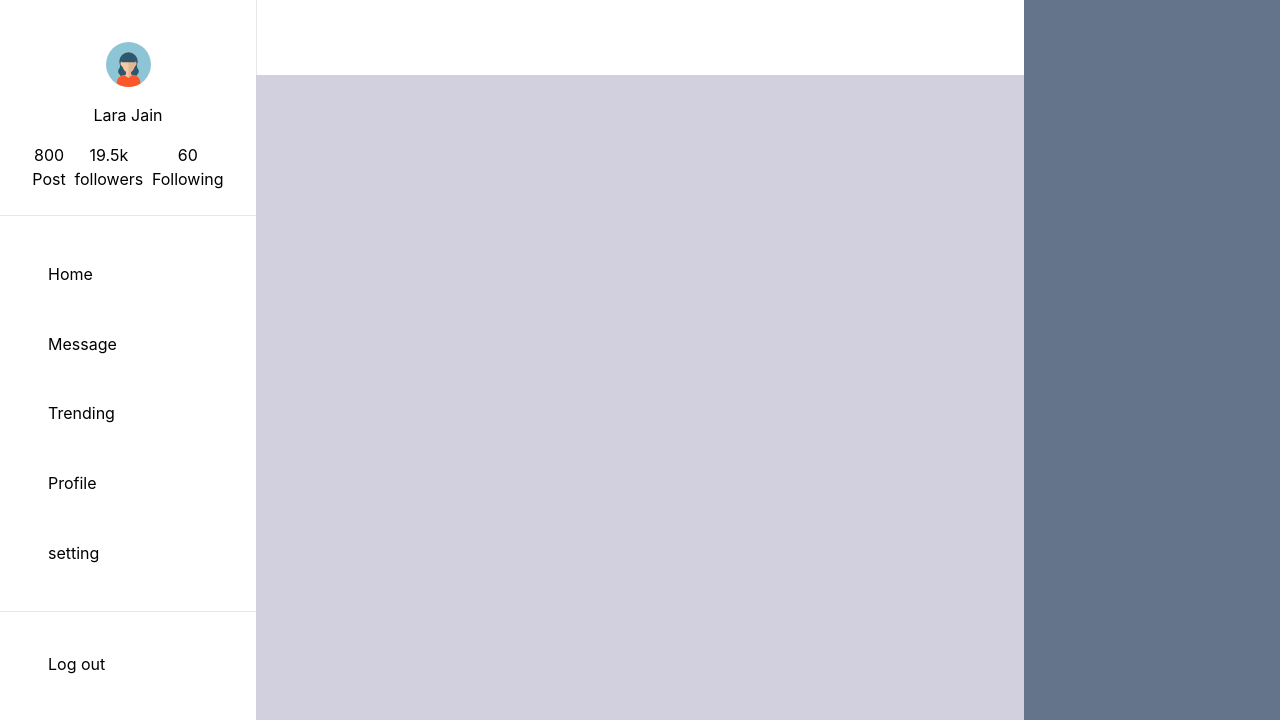
Repository: cosmicswati/upgrad-captions-project
Page: /
An editor plug-in stored every save of this project. The page is shown before and after a run of saves, followed by the edit.
The browser window is 1280 px wide. The pictures show the whole page.
The project was rebuilt for these pictures with package versions that can differ from the ones it lists, and the page was loaded fresh each time. Also part of the build but not shown: src/modules/Authorization/Form.jsx, src/modules/Authorization/index.js.

Above is the page before, as saved 2024-04-09 14:37:40.

After the next 2 saves:
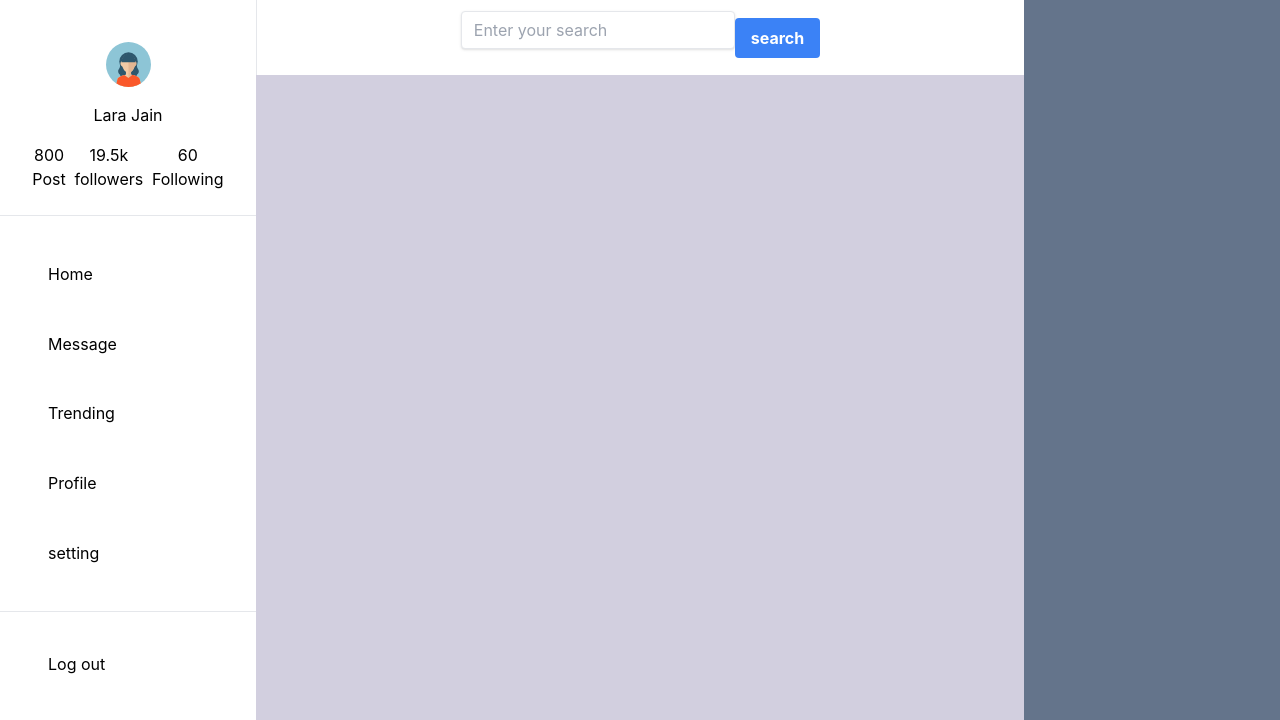
The 2 saves are shown as one change because 1 did not build or start.
The last was saved 17 min 44 s later.
--- a/src/modules/Home/index.js
+++ b/src/modules/Home/index.js
@@ -1,5 +1,7 @@
 import React from 'react'
 import { ReactComponent as Avatar} from '../../assets/Avatar.svg'
+import Input from '../../components/Input';
+import Button from '../../components/Button';
 
 const Home = () => {
   return (
@@ -38,8 +40,9 @@ const Home = () => {
         </div>
         <div className='w-[60%] overflow-scroll h-full scrollbar-hide'>
             <div className='bg-white h-[75px] border-l flex justify-center items-center'>
-                 <div>
-
+                 <div className='flex justify-center items-center'>
+                    <Input placeholder='Enter your search'/>
+                    <Button label='search'/>
                  </div>
             </div>
         </div>
